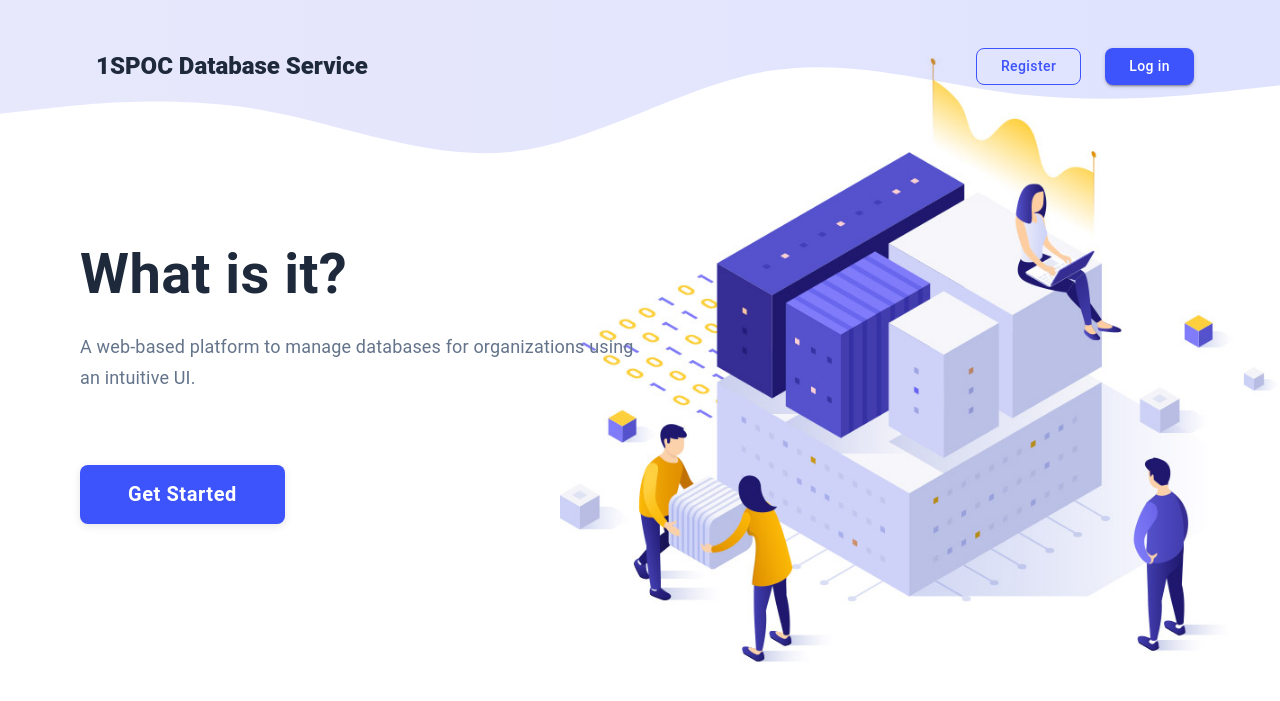
Repository: TanmayVaidya742/DbService
Page: / (app in frontend/)
These files come from the project's save history. The page is drawn as it stood at one moment and after a run of saves; the edit follows.
The browser window is 1280 px wide. The pictures show the whole page.
The page's requests for data from a server got no answer. The project was rebuilt for these pictures with package versions that can differ from the ones it lists, and the page was loaded fresh each time. No one was signed in, and anything a server would have sent is missing. Also part of the build but not shown: frontend/src/components/Login.js, frontend/src/components/Register.js, frontend/src/components/Dashboard.js, frontend/src/components/AddDatabaseDialog.js, frontend/src/components/UserDashboard.js, frontend/src/components/Organizations.js, frontend/src/components/EditTableDialog.js, frontend/src/components/CreateTableDialog.js and 3 more.

Above is the page before, as saved 2025-05-08 10:55:33.

### frontend/src/App.js
import React, { useState, useEffect } from 'react';
import { BrowserRouter as Router, Routes, Route, Navigate } from 'react-router-dom';
import { ThemeProvider, createTheme } from '@mui/material';
import Login from './components/Login';
import Register from './components/Register';
import Dashboard from './components/Dashboard';
import LandingPage from './components/LandingPage';
import UserDashboard from './components/UserDashboard';
import Organizations from './components/Organizations';
import axios from 'axios';
import DatabaseDetails from './components/DatabaseDetails';
import './styles/theme.css';
import PricingPlans from './components/PricingPlans';


const theme = createTheme({
  palette: {
    primary: {
      main: '#1976d2',
    },
    secondary: {
      main: '#dc004e',
    },
  },
});

const PrivateRoute = ({ children }) => {
  const token = localStorage.getItem('token');
  return token ? children : <Navigate to="/" />;
};

function App() {
  const [hasUsers, setHasUsers] = useState(null);
  const [loading, setLoading] = useState(true);

  useEffect(() => {
    const checkUsers = async () => {
      try {
        const response = await axios.get('http://localhost:5000/api/auth/check-users');
        setHasUsers(response.data.hasUsers);
      } catch (error) {
        console.error('Error checking users:', error);
        setHasUsers(false);
      } finally {
        setLoading(false);
      }
    };

    checkUsers();
  }, []);

  if (loading) {
    return <div>Loading...</div>;
  }

  return (
    <ThemeProvider theme={theme}>
      <Router>
        <Routes>
          <Route path="/" element={<LandingPage />} />
          <Route
            path="/login"
            element={<Login />}
          />
          <Route
            path="/register"
            element={<Register />}
          />
          <Route
            path="/superadmin-dashboard"
            element={
              <PrivateRoute>
                <Dashboard />
              </PrivateRoute>
            }
          />
          <Route path="/databases" element={<UserDashboard />} />
          <Route path="/organizations" element={<Organizations />} />
          <Route path="/database/:dbName" element={<DatabaseDetails />} />
          <Route path="/pricing" element={<PricingPlans />} />


        </Routes>
      </Router>
    </ThemeProvider>
  );
}

export default App;

### frontend/src/styles/theme.css
:root {
  /* Color Palette - Blue Theme */
  --primary-color: #3d53fb; /* Tailwind's blue-500 */
  --primary-hover: #6b9efc; /* Tailwind's blue-600 */
  --primary-light: rgba(59, 130, 246, 0.08);
  --primary-light-hover: rgba(59, 130, 246, 0.12);
  --primary-text: white;

  --secondary-color: #6e74eb; /* Tailwind's blue-400 */
  --error-color: #515ff9;     /* Tailwind's red-500 */
  --success-color: #10b981;   /* Tailwind's emerald-500 */
  --warning-color: #f59e0b;   /* Tailwind's amber-500 */
  --info-color: #0ea5e9;      /* Tailwind's sky-500 */

  /* Background Colors */
  --bg-primary: #ffffff;
  --bg-secondary: #ffffff;    /* Tailwind's slate-50 */
  --bg-paper: #ffffff;

  /* Text Colors */
  --text-primary: #1e293b;    /* Tailwind's slate-800 */
  --text-secondary: #64748b;  /* Tailwind's slate-600 */
  --text-disabled: #94a3b8;   /* Tailwind's slate-400 */

  /* Borders */
  --border-color: rgba(0, 0, 0, 0.12);
  --border-radius: 8px;
  --border-radius-sm: 4px;

  /* Typography */
  --font-family: 'Roboto', 'Helvetica', 'Arial', sans-serif;
  --font-size-base: 1rem;
  --font-size-small: 0.875rem;
  --font-size-large: 1.25rem;

  /* Shadows */
  --shadow-sm: 0 1px 3px rgba(0,0,0,0.12);
  --shadow-md: 0 4px 6px rgba(0,0,0,0.1);
  --shadow-lg: 0 6px 20px rgba(0,0,0,0.1);

  /* Spacing */
  --spacing-unit: 8px;
}

/* Typography classes */
body {
  font-family: var(--font-family);
  color: var(--text-primary);
  background-color: var(--bg-secondary);
}

h1, h2, h3, h4, h5, h6 {
  color: var(--text-primary);
  font-weight: 600;
}

### frontend/src/components/LandingPage.js
import React from 'react';
import { useNavigate } from 'react-router-dom';
import { Button, Container, Typography, Grid } from '@mui/material';
import { styled } from '@mui/material/styles';

const MainSection = styled('section')({
  minHeight: '100vh',
  position: 'relative',
  overflow: 'hidden',
  overflowY: 'hidden',
  backgroundColor: 'rgba(250, 247, 247, 0.1)',
  backgroundImage: 'url(/assets/images/database.jpg)',
  backgroundPosition: 'center right',
  backgroundRepeat: 'no-repeat',
  backgroundSize: 'contain',
  display: 'flex',
  flexDirection: 'column',
  justifyContent: 'center', // Center content vertically
});

const WaveBackground = styled('div')({
  position: 'absolute',
  top: 0,
  left: 0,
  right: 0,
  zIndex: 0,
  opacity: 0.8, // Slightly reduce opacity for better blending
});

const Navbar = styled('nav')({
  position: 'relative',
  zIndex: 2,
  padding: '1.5rem 0', // Increased padding for better spacing
});

const NavContent = styled('div')({
  display: 'flex',
  justifyContent: 'space-between',
  alignItems: 'center',
  padding: '0 1rem', // Add padding for better alignment
});

const LogoContainer = styled('div')({
  display: 'flex',
  alignItems: 'center',
});

const NavButtons = styled('div')({
  display: 'flex',
  gap: '1.5rem', // Increased gap for better spacing between buttons
  justifyContent: 'flex-end',
});

const MainContent = styled('main')({
  position: 'relative',
  zIndex: 1,
  marginTop: '4rem', // Reduced to bring content closer to navbar
  flexGrow: 1, // Allow content to take remaining space
});

const ButtonGroup = styled('div')({
  display: 'flex',
  gap: '1.5rem', // Increased gap for better spacing
  marginTop: '2.5rem', // Slightly increased for balance
});

const ContentContainer = styled('div')({
  display: 'flex',
  flexDirection: 'column',
  justifyContent: 'center',
  height: '100%',
  padding: '3rem', // Increased padding for better spacing
  borderRadius: 'var(--border-radius)',
  maxWidth: '600px', // Constrain width for better readability
});

const LandingPage = () => {
  const navigate = useNavigate();

  return (
    <MainSection>
      <WaveBackground>
        <svg xmlns="http://www.w3.org/2000/svg" viewBox="0 0 1440 320" style={{ display: 'block' }}>
          <defs>
            <linearGradient id="wave-gradient" x1="0%" y1="0%" x2="100%" y2="0%">
              <stop offset="0%" stopColor="var(--secondary-color)" />
              <stop offset="100%" stopColor="var(--primary-color)" />
            </linearGradient>
          </defs>
          <path
            fill="url(#wave-gradient)"
            fillOpacity="0.2"
            d="M0,128L48,122.7C96,117,192,107,288,122.7C384,139,480,181,576,170.7C672,160,768,96,864,80C960,64,1056,96,1152,106.7C1248,117,1344,107,1392,101.3L1440,96L1440,0L1392,0C1344,0,1248,0,1152,0C1056,0,960,0,864,0C768,0,672,0,576,0C480,0,384,0,288,0C192,0,96,0,48,0L0,0Z"
          />
        </svg>
      </WaveBackground>

      <Navbar>
        <Grid paddingLeft={10} marginTop={3}>
          <NavContent>
            <Typography
              variant="h5"
              sx={{
                color: 'var(--text-primary)',
                fontWeight: 900,

                cursor: 'pointer',
                '&:hover': { color: 'var(--primary-color)' }
              }}
              onClick={() => navigate('/')}
            >
              1SPOC Database Service
            </Typography>
            <NavButtons>
            <Button
                variant="outlined"
                sx={{
                  borderColor: 'var(--primary-color)',
                  color: 'var(--primary-color)',
                  textTransform: 'none',
                  px: 3,
                  borderRadius: 'var(--border-radius)',
                  '&:hover': {
                    borderColor: 'var(--primary-hover)',
                    backgroundColor: 'var(--primary-light)',
                  }
                }}
                onClick={() => navigate('/register')}
              >
                Register
              </Button>
              <Button
                variant="contained"
                sx={{
                  bgcolor: 'var(--primary-color)',
                  color: 'var(--primary-text)',
                  textTransform: 'none',
                  px: 3,
                  borderRadius: 'var(--border-radius)',
                  '&:hover': {
                    bgcolor: 'var(--primary-hover)',
                  },
                  mr: '70px'


                }}
                onClick={() => navigate('/login')}
              >
                Log in
              </Button>
            </NavButtons>
          </NavContent>
        </Grid>
      </Navbar>

      <MainContent>
        <Grid maxWidth="lg">
          <Grid
            container
            spacing={4} // Reduced spacing for a tighter layout
            alignItems="center"
            justifyContent="flex-start"
            sx={{ minHeight: 'calc(100vh - 300px)' }}
          >
            <Grid item xs={12} md={6} sx={{ display: 'flex', flexDirection: 'column' }}>
              <ContentContainer>
                <Typography
                  variant="h4"
                  component="h3"
                  gutterBottom
                  sx={{
                    fontWeight: 700,
                    color: 'var(--text-primary)',
                    mb: 3,

                    ml: 4,
                    fontSize: { xs: '2.5rem', md: '3.5rem' },
                    lineHeight: 1.2,
                  }}
                >
                  What is it?
                </Typography>
                <Typography
                  variant="body1"
                  sx={{
                    color: 'var(--text-secondary)',
                    mb: 4,
                    ml:4,
                    fontSize: '1.125rem',
                    lineHeight: 1.7,
                    overflowWrap: 'break-word',
                    whiteSpace: 'normal',
                  }}
                >
                  A web-based platform to manage databases for organizations using an intuitive UI.
                </Typography>
                <ButtonGroup
                sx={{ml: 4}}>
                  <Button
                    variant="contained"
                    sx={{
                      bgcolor: 'var(--primary-color)',
                      color: 'var(--primary-text)',
                      textTransform: 'none',
                      px: 6,
                      py: 1.5,
                      fontSize: '1.25rem', // Increased font size for emphasis
                      fontWeight: 600, // Bold for emphasis
                      borderRadius: 'var(--border-radius)',
                      boxShadow: '0 2px 8px rgba(0, 0, 0, 0.1)', // Add subtle shadow
                      '&:hover': {
                        bgcolor: 'var(--primary-hover)',
                        boxShadow: '0 4px 12px rgba(0, 0, 0, 0.15)', // Enhanced hover effect
                      },
                    }}
                    onClick={() => navigate('/login')}
                  >
                    Get Started
                  </Button>
                </ButtonGroup>
              </ContentContainer>
            </Grid>
          </Grid>
        </Grid>
      </MainContent>
    </MainSection>
  );
};

export default LandingPage;

Loaded but not shown: frontend/public/index.html (common file); frontend/src/index.js (common file); frontend/src/index.css (common file); frontend/src/reportWebVitals.js (common file)

After the next 4 saves:
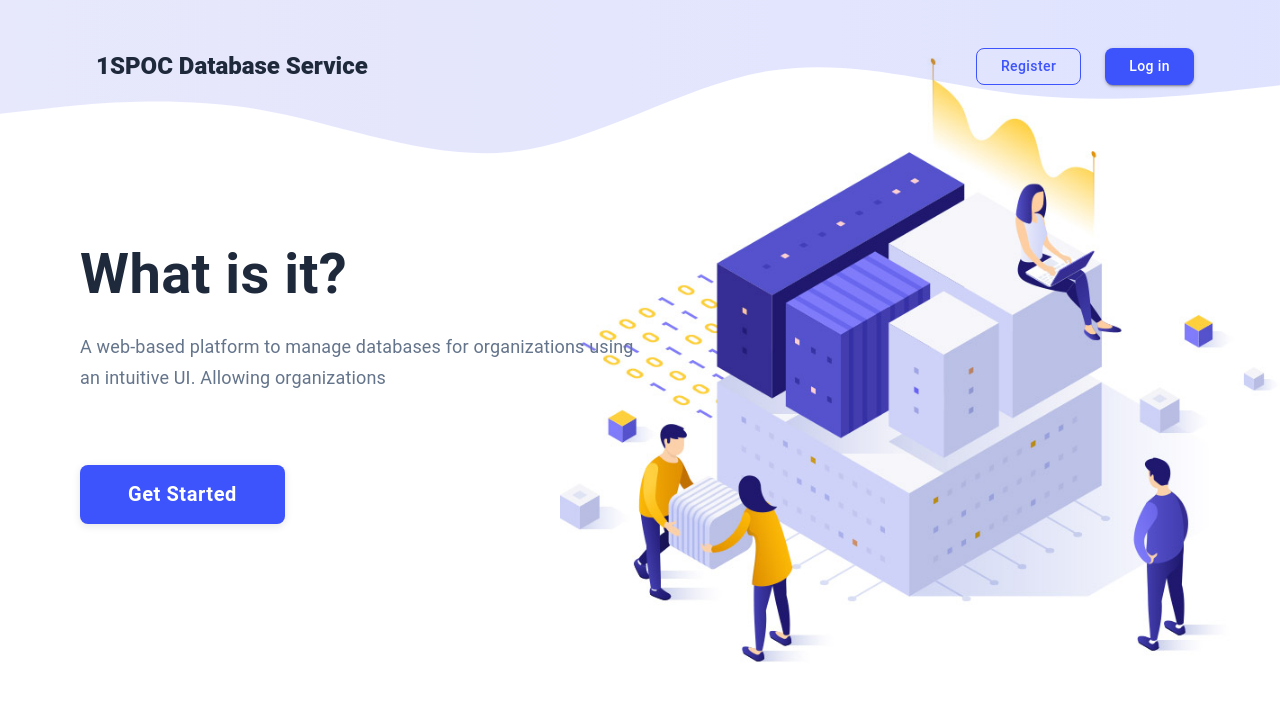
The 4 saves are shown as one change because they came seconds apart.
The last was saved 12 s later.
--- a/frontend/src/components/LandingPage.js
+++ b/frontend/src/components/LandingPage.js
@@ -192,7 +192,7 @@ const LandingPage = () => {
                     whiteSpace: 'normal',
                   }}
                 >
-                  A web-based platform to manage databases for organizations using an intuitive UI.
+                  A web-based platform to manage databases for organizations using an intuitive UI. Allowing organizations
                 </Typography>
                 <ButtonGroup
                 sx={{ml: 4}}>
